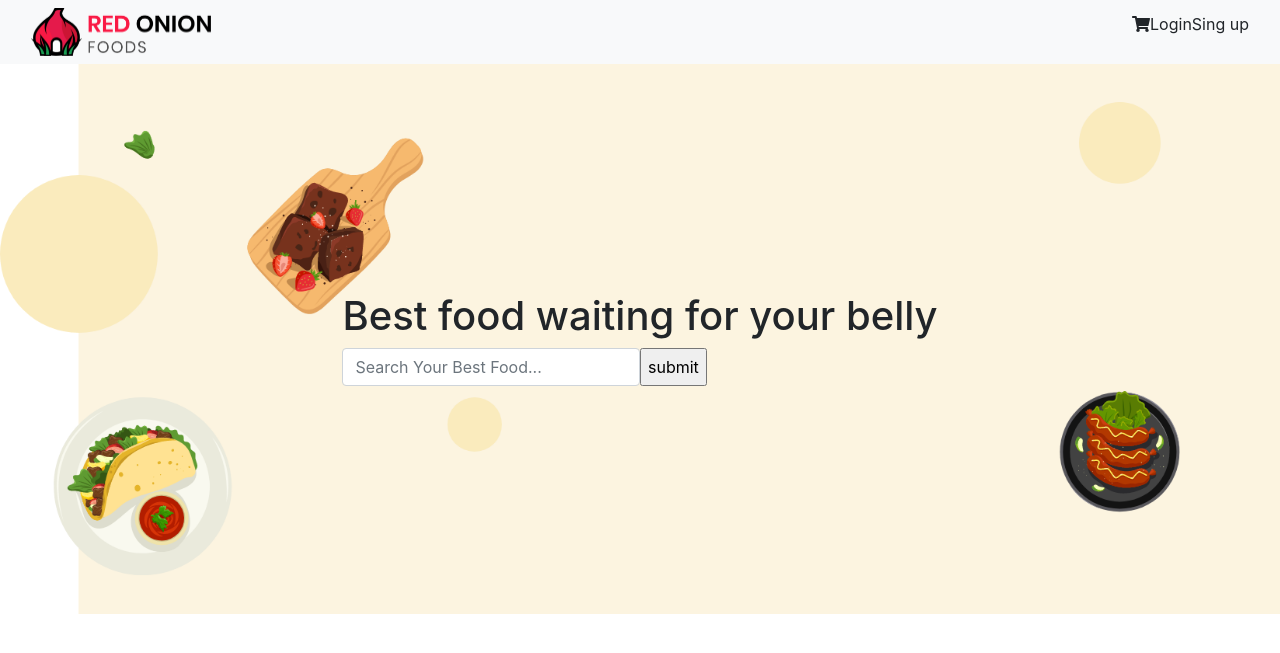
Repository: arif286/red-onion-client
Page: /
These files come from the project's save history. The page is drawn as it stood at one moment and after the next save; the edit follows.
The browser window is 1280 px wide. The pictures show the whole page.
The project was rebuilt for these pictures with package versions that can differ from the ones it lists, and the page was loaded fresh each time. Some packages were replaced by stand-ins written for this rebuild. Also part of the build but not shown: src/App.css, src/components/LogIn/Login.css, src/components/LogIn/firebase.config.js, src/components/LogIn/LoginManager.js, src/components/LogIn/Login.js, src/components/SingUp/SingUp.css, src/components/SingUp/SingUp.js.

Above is the page before, as saved 2021-03-21 13:49:44.

### src/App.js
import "bootstrap/dist/css/bootstrap.min.css";
import React, { createContext, useState } from "react";
import { BrowserRouter as Router, Route, Switch } from "react-router-dom";
import './App.css';
import Home from './components/Home/Home';
import Login from "./components/LogIn/Login";
import SingUp from "./components/SingUp/SingUp";


export const UserContext = createContext();
function App() {
  const [loggedInUser, setLoggedInUser] = useState({});
  return (
    <UserContext.Provider value={[loggedInUser,setLoggedInUser]}>
      <Router>
        <Switch>
          <Route path="/home">
            <Home />
          </Route>
          <Route path="/singUp">
            <SingUp />
          </Route>
          <Route path="/login">
            <Login />
          </Route>
          <Route exact path="/">
            <Home />
          </Route>
        </Switch>
      </Router>
    </UserContext.Provider>
  );

}

export default App;

### src/components/Home/Home.js
import React from 'react';
import Header from '../Header/Header';
import SearchBar from '../SearchBar/SearchBar';

const Home = () => {
    return (
        <>
            <Header />
            <SearchBar/>
        </>
    );
};

export default Home;

### src/components/Header/Header.js
import { faShoppingCart } from "@fortawesome/free-solid-svg-icons";
import { FontAwesomeIcon } from "@fortawesome/react-fontawesome";
import React from 'react';
import logo from '../../onion-restaurent/logo2.png';

const cart = <FontAwesomeIcon icon={faShoppingCart} />;
const Header = () => {
    const header = {
        logo : {width: '180px'}
    }
    return (
      <div>
        <nav className="navbar navbar-expand-lg navbar-light bg-light">
          <div className="container-fluid">
            <div>
              <img style={header.logo} src={logo} alt="" />
            </div>
            <button
              className="navbar-toggler"
              type="button"
              data-bs-toggle="collapse"
              data-bs-target="#navbarNav"
              aria-controls="navbarNav"
              aria-expanded="false"
              aria-label="Toggle navigation"
            >
              <span className="navbar-toggler-icon"></span>
            </button>
            <div
              className="collapse  navbar-collapse justify-content-end"
              id="navbarNav"
            >
              <ul className="navbar-nav">
                <li className="nav-item">
                  <p
                    activeClassName="nav-link active"
                    aria-current="page"
                    to="/"
                  >
                    {cart}
                  </p>
                </li>
                <li className="nav-item">
                  <p activeClassName="nav-link" to="/login">
                    Login
                  </p>
                </li>
                <li className="nav-item">
                  <p activeClassName="nav-link" to="/singUp">
                    Sing up
                  </p>
                </li>
              </ul>
            </div>
          </div>
        </nav>
      </div>
    );
};

export default Header;

### src/components/SearchBar/SearchBar.js
import React from 'react';
import background from '../../onion-restaurent/bannerbackground.png';
const SearchBar = () => {
    const searchBg = {
        bgImage: {
            backgroundImage: `url(${background})`,
            backgroundRepeat: 'no-repeat, repeat',
            width: '100%',
            height: '550px',
            backgroundSize: 'cover'
        },
        submitBtn: {

        },
        searchBar: {
            width: '50%'
        }
    }
    return (
      <div
        className="d-flex justify-content-center align-items-center"
        style={searchBg.bgImage}
      >
        <div>
          <h1>Best food waiting for your belly</h1>
          <div className="d-flex">
            <input
              style={searchBg.searchBar}
              className="form-control"
              type="text"
              placeholder="Search Your Best Food..."
            />
            <input type="submit" value="submit" />
          </div>
        </div>
      </div>
    );
};

export default SearchBar;

Loaded but not shown: public/index.html (common file); src/index.js (common file); src/index.css (common file); src/reportWebVitals.js (common file)

After the next save:
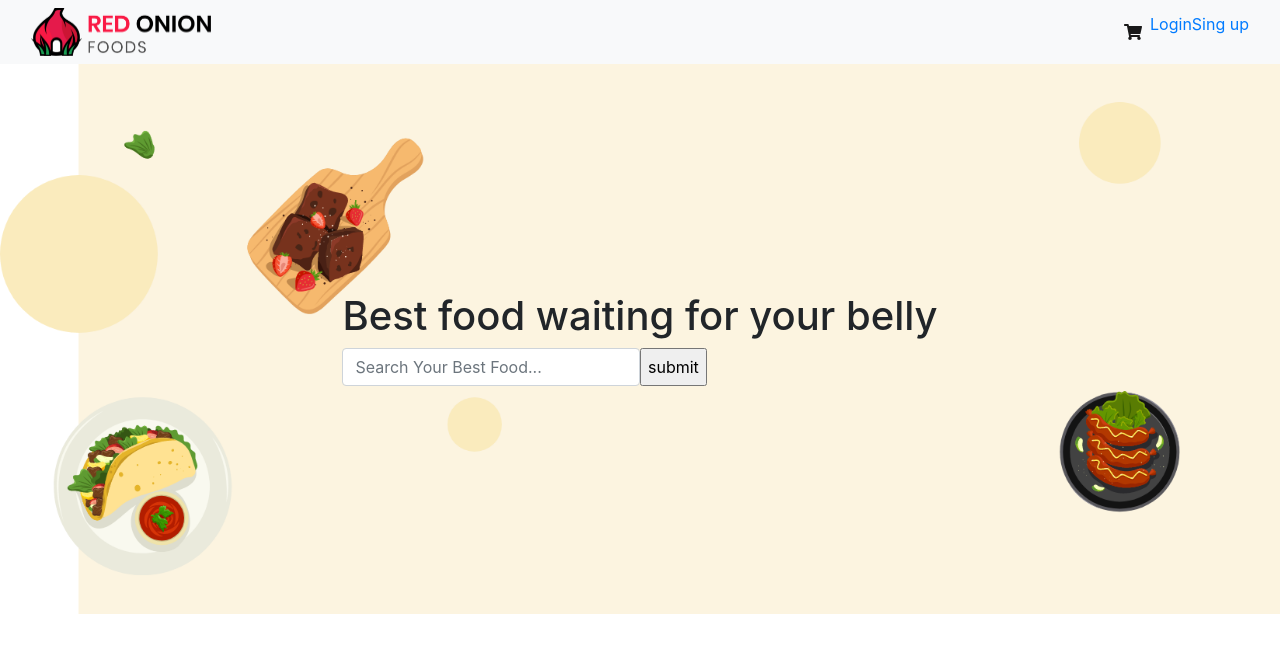
Saved 29 s later.
--- a/src/components/Header/Header.js
+++ b/src/components/Header/Header.js
@@ -1,6 +1,7 @@
 import { faShoppingCart } from "@fortawesome/free-solid-svg-icons";
 import { FontAwesomeIcon } from "@fortawesome/react-fontawesome";
 import React from 'react';
+import { NavLink } from "react-router-dom";
 import logo from '../../onion-restaurent/logo2.png';
 
 const cart = <FontAwesomeIcon icon={faShoppingCart} />;
@@ -32,23 +33,23 @@ const Header = () => {
             >
               <ul className="navbar-nav">
                 <li className="nav-item">
-                  <p
+                  <NavLink
                     activeClassName="nav-link active"
                     aria-current="page"
                     to="/"
                   >
                     {cart}
-                  </p>
+                  </NavLink>
                 </li>
                 <li className="nav-item">
-                  <p activeClassName="nav-link" to="/login">
+                  <NavLink activeClassName="nav-link" to="/login">
                     Login
-                  </p>
+                  </NavLink>
                 </li>
                 <li className="nav-item">
-                  <p activeClassName="nav-link" to="/singUp">
+                  <NavLink activeClassName="nav-link" to="/singUp">
                     Sing up
-                  </p>
+                  </NavLink>
                 </li>
               </ul>
             </div>
